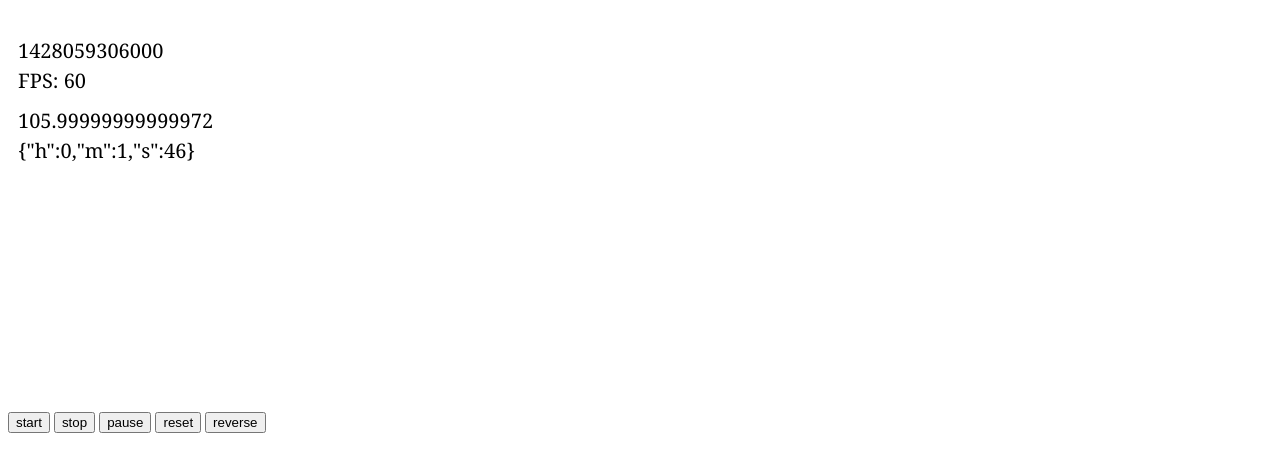
Repository: WebRTCGame/game-timer
Page: index.html
The author's editor kept a record of every edit. The page is drawn from the files as they stood at one moment, then again after the next edit.
The browser window is 1280 px wide. The pictures show the whole page.

Above is the page before.

### index.html
<!DOCTYPE html>
<html>

<head>
    <meta http-equiv="content-type" content="text/html; charset=UTF-8">
    <title>Game Timer Demo</title>

    <script type='text/javascript' src='./timer.js'></script>

    <style type='text/css'>
    </style>



    <script type='text/javascript'>
        //<![CDATA[
        window.onload = function() {

                var c = document.getElementById("fun");
                var ctx = c.getContext("2d");
                var tC = {
                    lastframe: 0,
                    fpstime: 0,
                    framecount: 0,
                    fps: 0
                };
                tC.updateFps = function(dt) {
                    if (this.fpstime > 0.25) {
                        this.fps = Math.round(this.framecount / this.fpstime);
                        this.fpstime = 0;
                        this.framecount = 0;
                    }
                    this.fpstime += dt;
                    this.framecount++;
                };
                tC.getDT = function(tframe) {
                    var dt = (tframe - this.lastframe) / 1000;
                    this.lastframe = tframe;
                    this.updateFps(dt);
                    return dt;
                };

                var timer = new Timer(100);

                function update(tframe) {
                        var dt = tC.getDT(tframe);

                        timer.step();
                        //game logic here
                    }
                    /*

                    */
                function animate(tframe) {

                    requestAnimationFrame(animate);
                    update(tframe);

                    render();

                }

                function render() {
                    ctx.clearRect(0, 0, c.width, c.height);
                    ctx.font = "20px Georgia";
                    ctx.fillText(Date.now(), 10, 50);
                    ctx.fillText("FPS: " + tC.fps, 10, 80);
                    ctx.fillText(timer.gameTime, 10, 120);
                    ctx.fillText(JSON.stringify(timer.getHMS()), 10, 150);
                };

                function init() {
                    document.getElementById("btnStart").addEventListener("click", function() {
                        timer.start();
                    }, false);
                    document.getElementById("btnStop").addEventListener("click", function() {
                        timer.stop();
                    }, false);
                    document.getElementById("btnPause").addEventListener("click", function() {
                        timer.pause();
                    }, false);
                    document.getElementById("btnReset").addEventListener("click", function() {
                        timer.reset();
                    }, false);
                    document.getElementById("btnReverse").addEventListener("click", function() {
                        timer.increment = !timer.increment;
                    }, false);

                    animate(0);
                }
                init();
            } //]]>
    </script>


</head>

<body>
    <canvas id="fun" height="400px"></canvas>
    <br>
    <button id="btnStart">start</button>
    <button id="btnStop">stop</button>
    <button id="btnPause">pause</button>
    <button id="btnReset">reset</button>
    <button id="btnReverse">reverse</button>

</body>


</html>

### timer.js
var Timer = function(initialSeconds) {
    this.initialSeconds = initialSeconds || 0;
    this.lastTimestamp = 0;
    this.pausedTime = 0;
    this.gameTime = this.initialSeconds || 0;
    this.maxStep = 1;
    this.increment = true;
    this.scale = 1.0;
    this.paused = false;

};

Timer.prototype.step = function() {
    var current = Date.now();
    if (!this.paused) {

        var delta = (current - this.lastTimestamp) / 1000;

        if (this.increment) {
            this.gameTime += (Math.min(delta, this.maxStep) * this.scale);
        }
        else {
            this.gameTime -= (Math.min(delta, this.maxStep) * this.scale);
        }

    }
    this.lastTimestamp = current;

};
Timer.prototype.getHMS = function() {

    var a = this.gameTime;
    a = Math.round(a);
    var c = Math.floor(a / 3600),
        b = a % 3600;
    a = Math.floor(b / 60);
    b = Math.ceil(b % 60);
    return {
        h: c,
        m: a,
        s: b
    };

}
Timer.prototype.pause = function() {
    if (!this.paused) {
        this.pausedTime = this.gameTime;
        this.paused = true;
    }
    else {
        this.paused = false;
    }

};
Timer.prototype.reset = function() {
    this.gameTime = this.initialSeconds;
};
Timer.prototype.start = function() {
    this.paused = false;
};
Timer.prototype.stop = function() {
    this.pause();
    this.reset();

};

After the next edit:
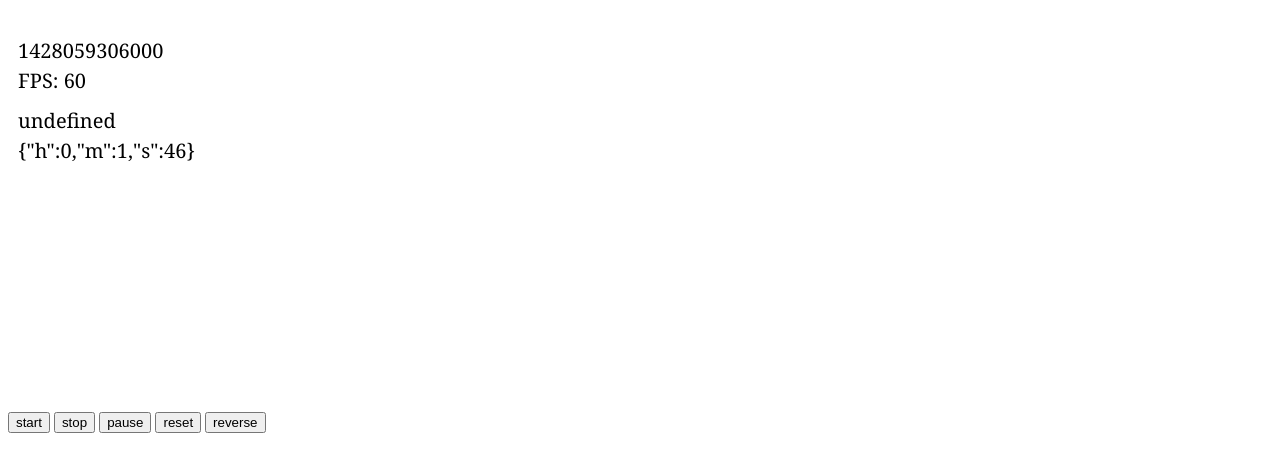
The edit:
--- a/index.html
+++ b/index.html
@@ -65,7 +65,7 @@
                     ctx.font = "20px Georgia";
                     ctx.fillText(Date.now(), 10, 50);
                     ctx.fillText("FPS: " + tC.fps, 10, 80);
-                    ctx.fillText(timer.gameTime, 10, 120);
+                    ctx.fillText(timer.ticks, 10, 120);
                     ctx.fillText(JSON.stringify(timer.getHMS()), 10, 150);
                 };
 
